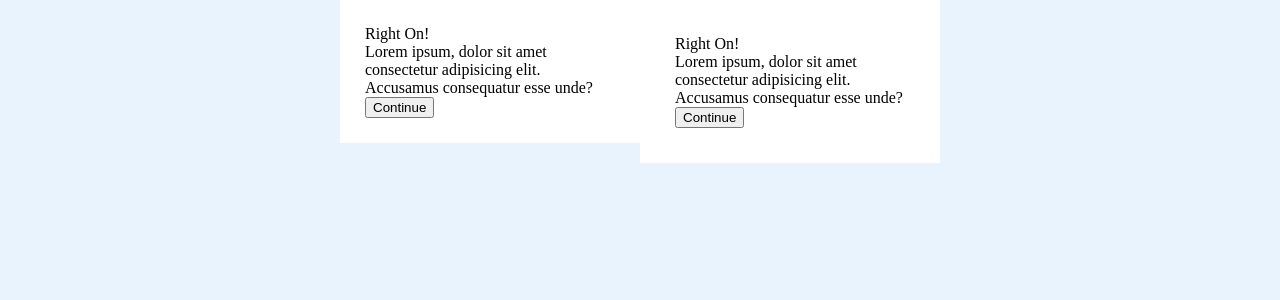
Repository: giahuy405/flash_message_BEM
Page: index.html
An editor plug-in stored every save of this project. The page is shown before and after the next save, followed by the edit.
The browser window is 1280 px wide. The pictures show the whole page.

Above is the page before, as saved 2022-09-06 02:16:35.

### index.html
<!DOCTYPE html>
<html lang="en">
<head>
    <meta charset="UTF-8">
    <meta http-equiv="X-UA-Compatible" content="IE=edge">
    <meta name="viewport" content="width=device-width, initial-scale=1.0">
    <title>Document</title>
    <link rel="stylesheet" href="css/index.css">
</head>
<body>
        <!--
        code về phần flash message và áp dụng BEM Block Element Modifier
        Ví dụ :
        Laptop là Block ( 1 khối lớn )

        Thì các Element ( thành phần ) sẽ là : keyboard, mouse, screen, touch-pad
        Block Element : Laptop__keyboard, Laptop__mouse....

        Modifer ( biến thể khác ) sẽ là : loại của chúng như to, nhỏ, hãng,...
        Block Modifier : Laptop--big, Laptop--small,
        Block Element Modifier : Laptop__keyboard--apple , Laptop__touch-pad--smooth,...
    -->
        <!-- Block: flash message
        Element: img, title, desc (description), button
        Modifier: primary, secondary

        Block 1 & block 2
        flash-message
        flash-message__img, flash-message__title, flash-message__desc, flash-message__button

        Block 1: flash-message__title--primary -->


        <div class="container">
            <div class="flash-message__padding">
                <div class="flash-message-1">
                    <div class="flash-message__img">

                    </div>
                    <div class="flash-message__title">
                        Right On!
                    </div>
                    <div class="flash-message__desc">
                        Lorem ipsum, dolor sit amet consectetur adipisicing elit. Accusamus consequatur esse unde?
                    </div>
                    <button class="flash-message__button">Continue</button>
                </div>
            </div>
            <div class="flash-message__padding">
                <div class="flash-message-2">
                    <div class="flash-message__img">

                    </div>
                    <div class="flash-message__title">
                        Right On!
                    </div>
                    <div class="flash-message__desc">
                        Lorem ipsum, dolor sit amet consectetur adipisicing elit. Accusamus consequatur esse unde?
                    </div>
                    <button class="flash-message__button">Continue</button>
                </div>
            </div>
             <div class="clear"></div>
        </div>

</body>
</html>

### css/index.css
*{
    box-sizing: border-box;
}
body{
    padding: 0;
    margin: 0;
    background-color: #e8f3fe;
}
.clear{
    clear: both;
}
.container{
    width: 600px;
    margin: 0 auto;
}
 .flash-message__padding,.flash-message__padding{
    float: left;
    width: 50%;
    background-color: white;
    padding: 25px ;
}
.flash-message-2{
    padding: 10px;
}

After the next save:
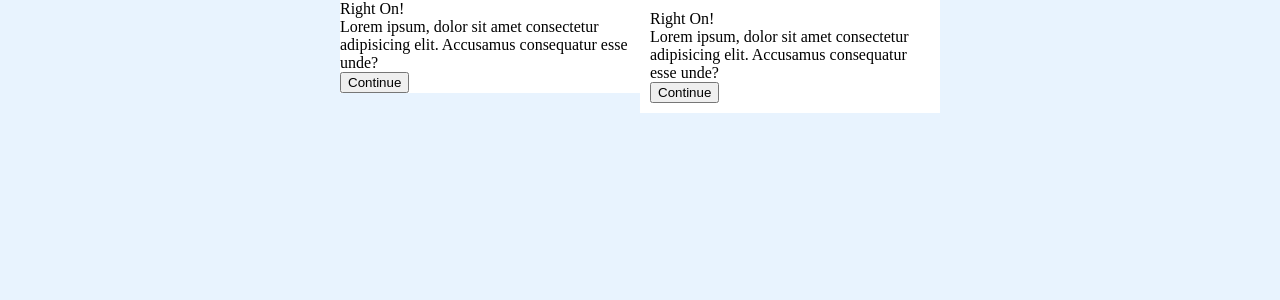
Saved 10 s later.
--- a/css/index.css
+++ b/css/index.css
@@ -17,7 +17,7 @@
     float: left;
     width: 50%;
     background-color: white;
-    padding: 25px ;
+
 }
 .flash-message-2{
     padding: 10px;
